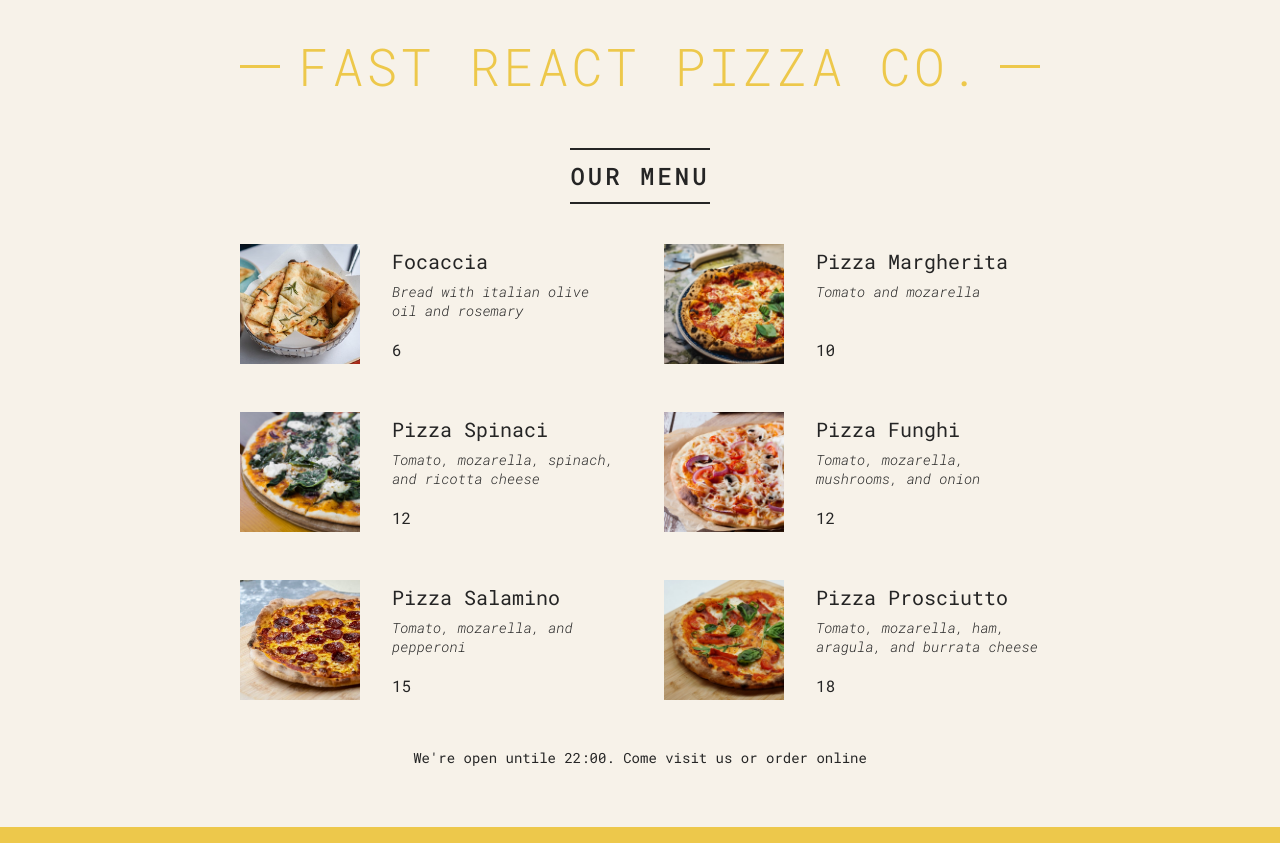
Repository: ahmedharidy/First-React-App
Page: /
The author's editor kept a copy of each file at every save. The page is drawn from the files as they stood at one save, then again after the next save.
The browser window is 1280 px wide. The pictures show the whole page.
The project was rebuilt for these pictures with package versions that can differ from the ones it lists, and the page was loaded fresh each time.

Above is the page before, as saved 2026-09-23 01:12:55.

After the next save:
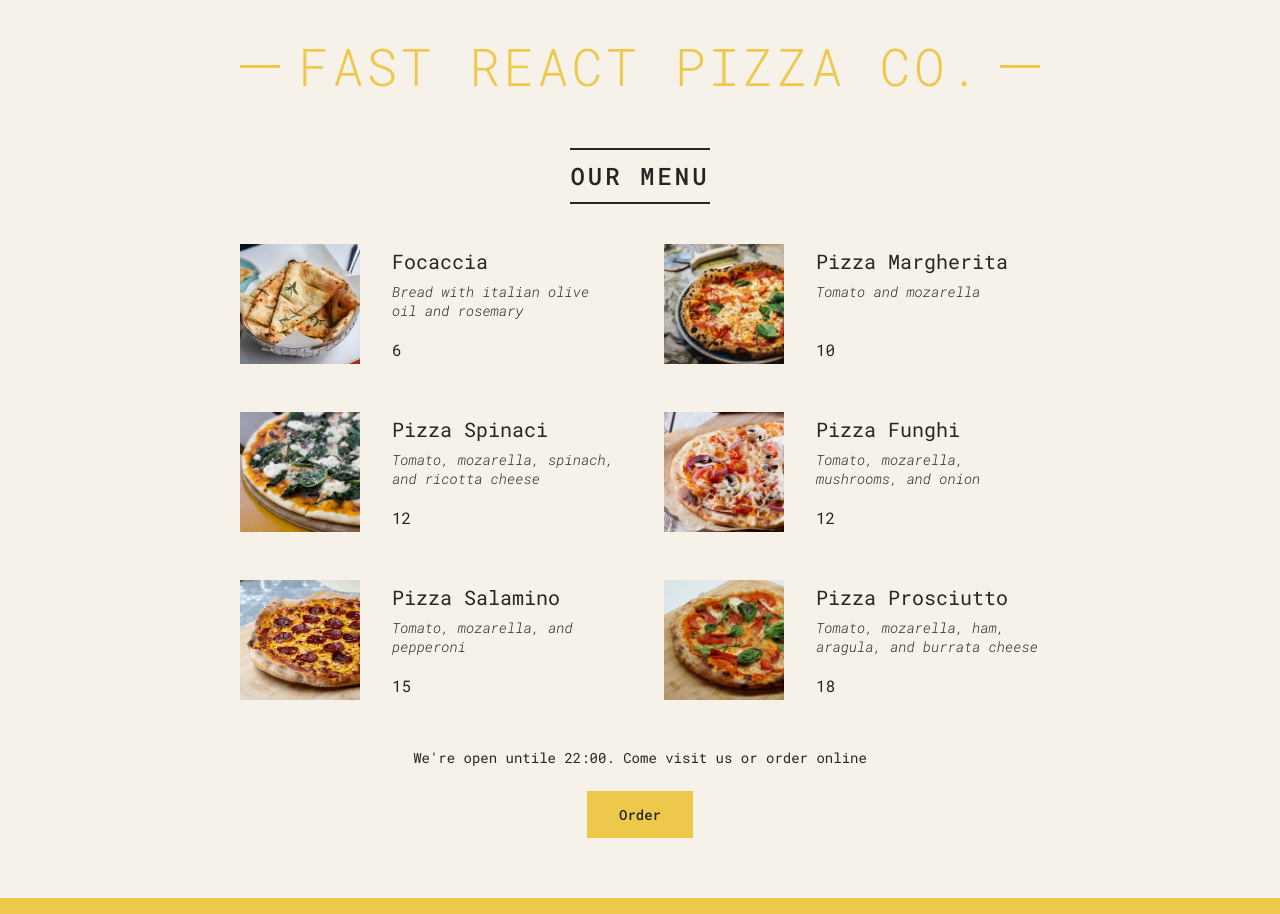
Saved 18 s later.
--- a/src/index.js
+++ b/src/index.js
@@ -119,6 +119,7 @@ function Footer() {
       {isOpen && (
         <div className="order">
           <p>We're open untile {closeHour}:00. Come visit us or order online</p>
+          <button className="btn">Order</button>
         </div>
       )}
     </footer>
